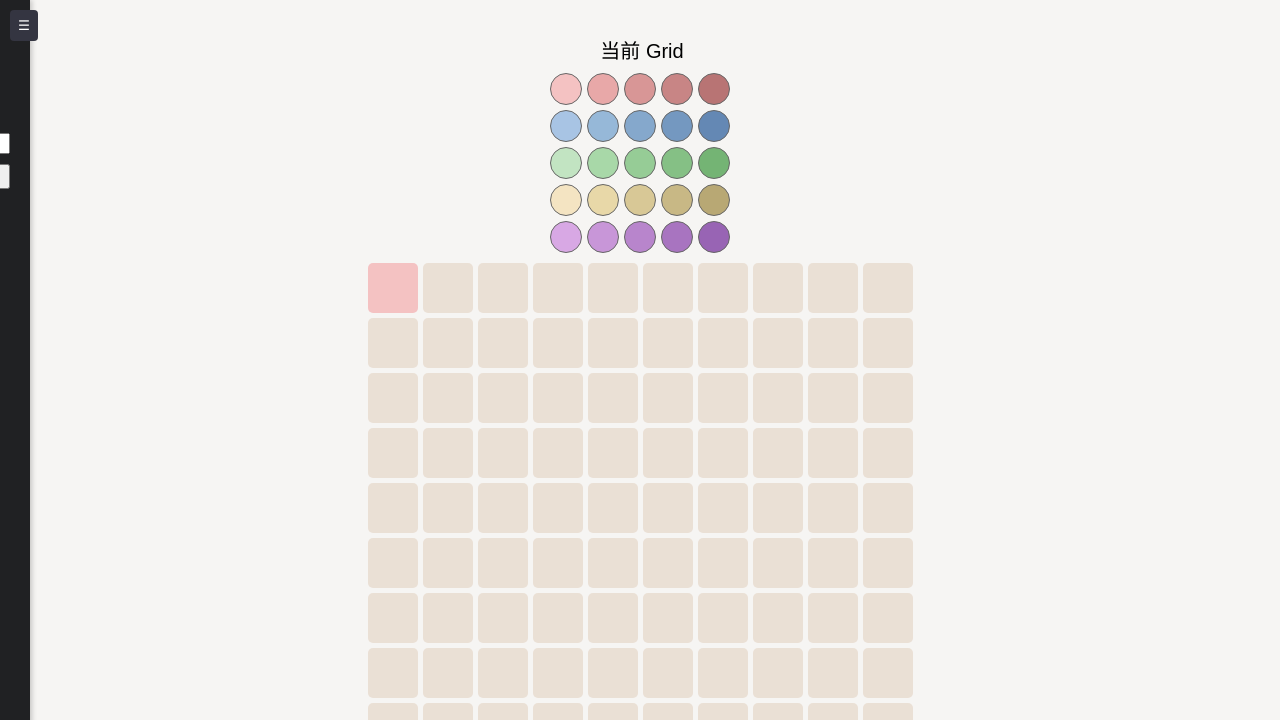
Repository: JemmaUZH/100-Hours
Page: index.html
These files come from the project's save history. The page is drawn as it stood at one moment and after the next save; the edit follows.
The browser window is 1280 px wide. The pictures show the whole page.
Empty fields were first filled with sample values (such as "Sample", 5 or name@example.com).
After loading, the first visible `div.cell` was clicked once.
An inner scrolling area shows only its first screen.

Above is the page before, as saved 2025-02-26 14:26:57.

After the next save:
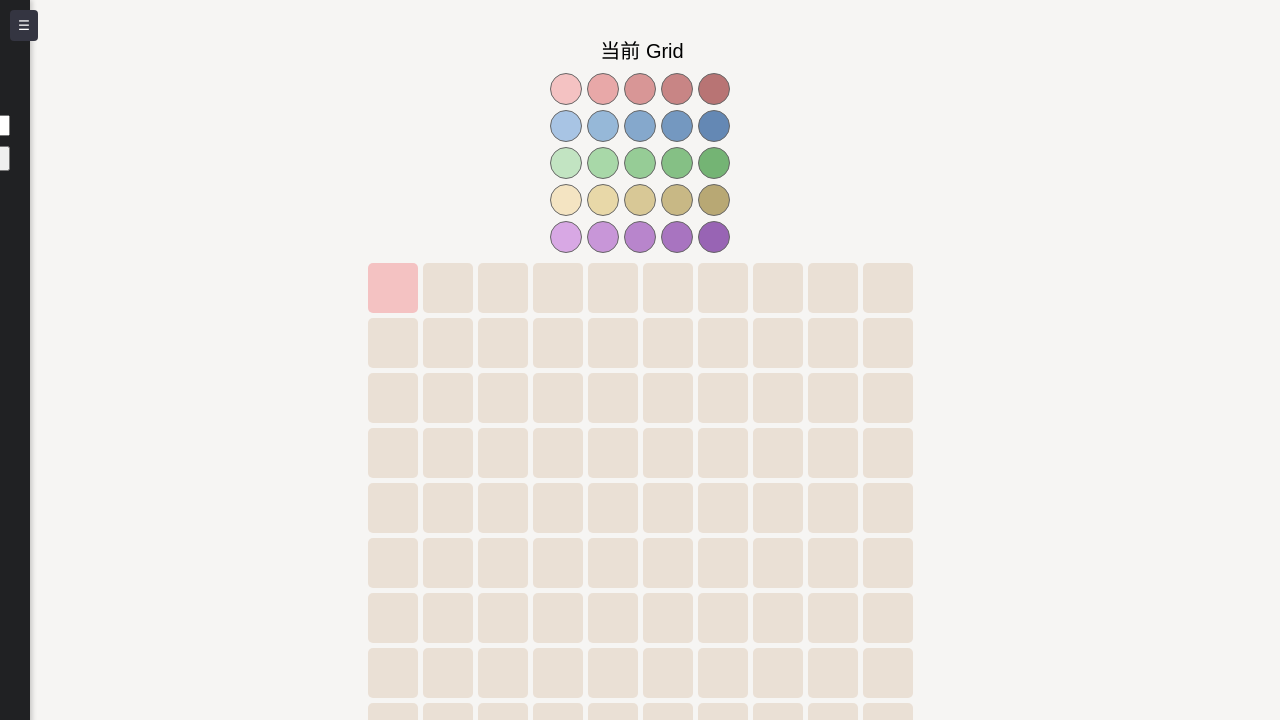
Saved 2 min 51 s later.
--- a/index.html
+++ b/index.html
@@ -156,13 +156,13 @@
             const cell = document.createElement("div");
             cell.classList.add("cell");
             cell.addEventListener("click", () => {
+                // 设置格子背景色为当前选中的颜色
                 cell.style.backgroundColor = getComputedStyle(document.documentElement).getPropertyValue('--selected-color');
-                saveCurrentGrid();
             });
             grid.appendChild(cell);
         }
 
-        // 保存当前 Grid 状态到 localStorage
+        // 保存当前 Grid 状态到 localStorage（仅在点击“保存当前 Grid”按钮时调用）
         function saveCurrentGrid() {
             const gridNameInput = document.getElementById("newGridName");
             let gridName = gridNameInput.value.trim();
